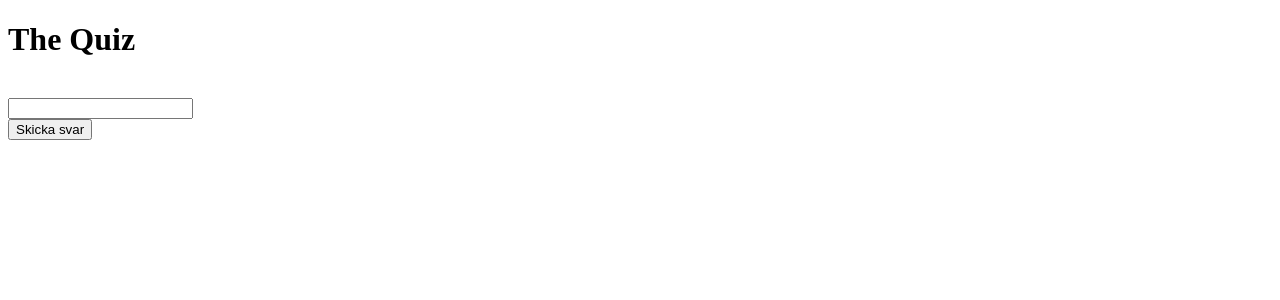
Repository: LindaOtt/1dv403-lo222hd-laborationer
Page: 4-thequiz/index.html
The author's editor kept a record of every edit. The page is drawn from the files as they stood at one moment, then again after the next edit.
The browser window is 1280 px wide. The pictures show the whole page.
The page's requests for data from a server got no answer.

Above is the page before.

After the next edit:
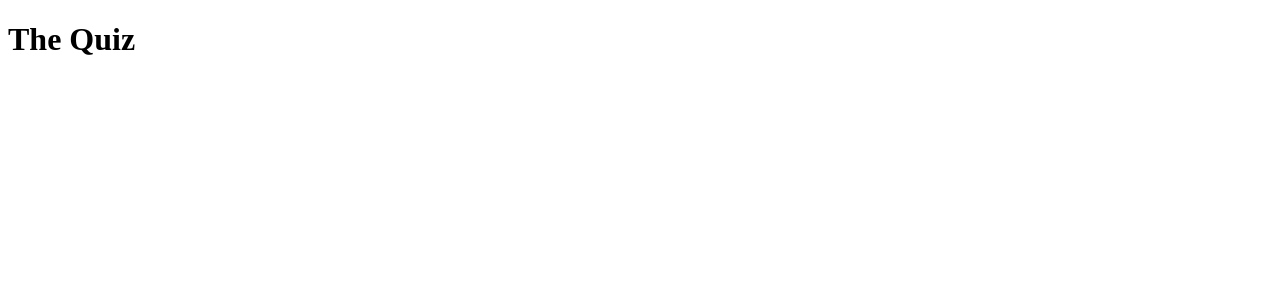
Console error (its wording comes from the project's code and is left out).
The edit:
--- a/4-thequiz/script/thequiz.js
+++ b/4-thequiz/script/thequiz.js
@@ -48,7 +48,8 @@
         TheQuiz.getInfo(url, TheQuiz.saveResponse);
 
          //Hämtar värdet från response
-        console.log("Length: " + TheQuiz.response.length);
+        alert("Length: " + TheQuiz.response.length);
+        /*
         TheQuiz.response.forEach(function(item){
             console.log("Id: " + item.id);
             console.log("Question: " + item.question);

After the edit that followed:
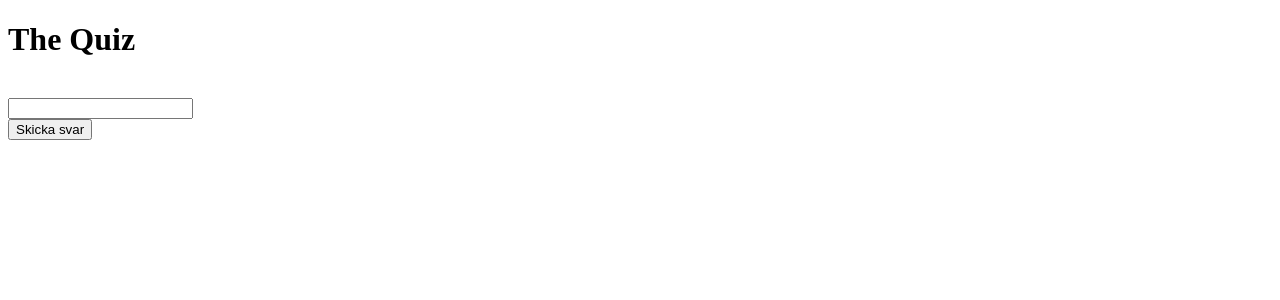
The error is gone.
The edit:
--- a/4-thequiz/script/thequiz.js
+++ b/4-thequiz/script/thequiz.js
@@ -54,6 +54,7 @@
             console.log("Id: " + item.id);
             console.log("Question: " + item.question);
         });
+        */
 
 
         TheQuiz.writeQuestion;
